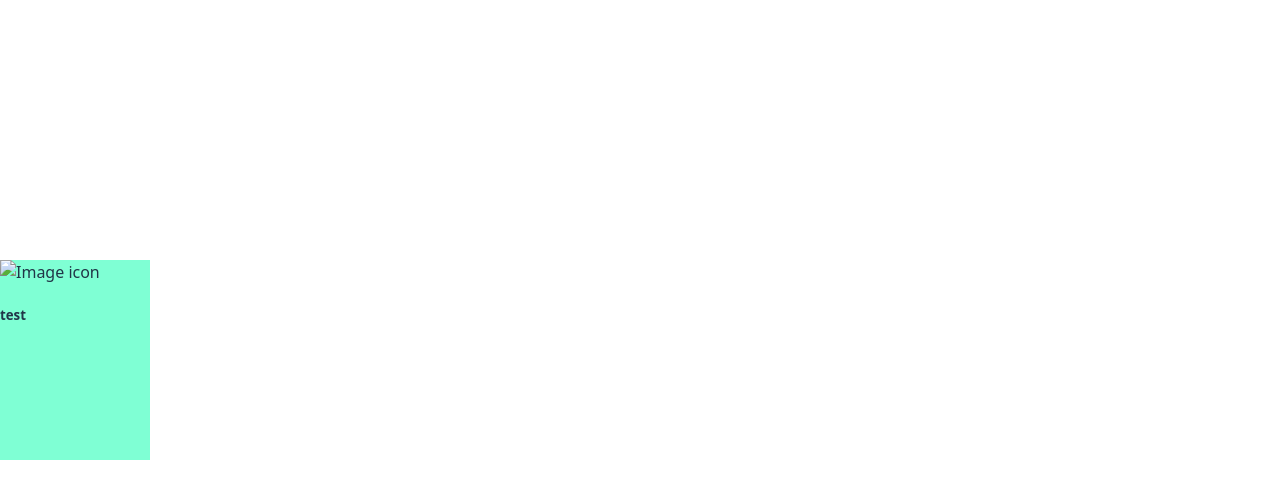
Repository: DaneJuswa/LearningReact
Page: / (app in reactProject/)
These files come from the project's save history. The page is drawn as it stood at one moment and after the next save; the edit follows.
The browser window is 1280 px wide. The pictures show the whole page.
The project was rebuilt for these pictures with package versions that can differ from the ones it lists, and the page was loaded fresh each time. Also part of the build but not shown: reactProject/vite.config.js.

Above is the page before, as saved 2025-09-11 22:21:32.

### reactProject/src/main.jsx
import { StrictMode } from 'react'
import { createRoot } from 'react-dom/client'
import Cards from './Cards.jsx'
import './index.css'


createRoot(document.getElementById('root')).render(
  <StrictMode>
    <Cards name="test"/>
  </StrictMode>,
)

### reactProject/src/Cards.jsx

import './App.css'

function Cards(props){
    return(
        <div className="card-container">
            <img src="" alt="Image icon" />
            <h5>{props.name}</h5>
        </div>
    );
}

export default Cards;

### reactProject/src/App.css
.card-container{
  width: 150px;
  height: 200px;
  background-color: aquamarine;
}

Loaded but not shown: reactProject/index.html (common file); reactProject/src/index.css (common file)

After the next save:
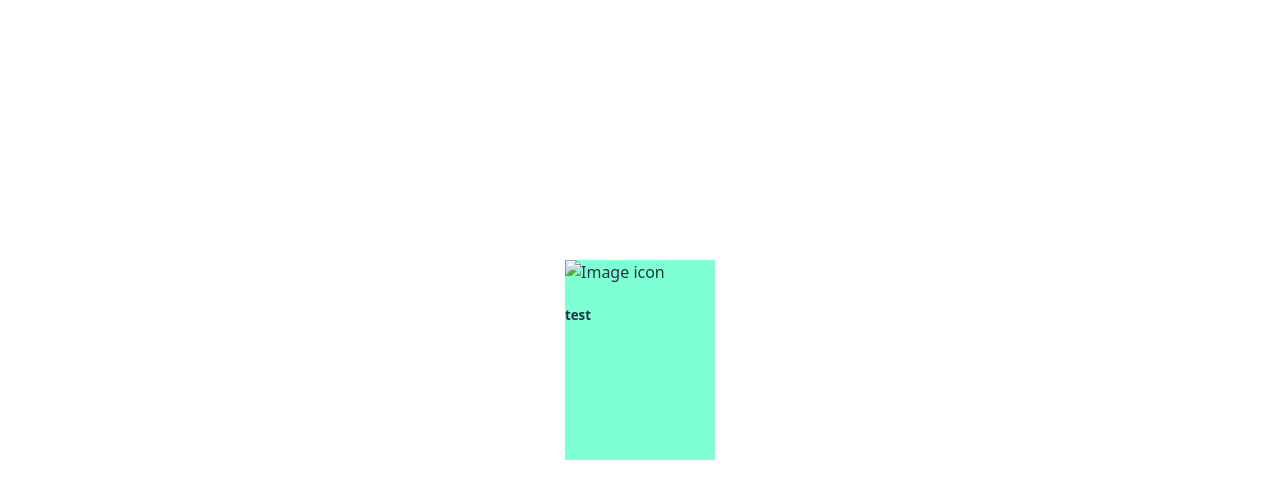
Saved 21 s later.
--- a/reactProject/src/App.css
+++ b/reactProject/src/App.css
@@ -1,3 +1,7 @@
+body{
+  display: flex;
+  justify-content: center;
+}
 .card-container{
   width: 150px;
   height: 200px;
